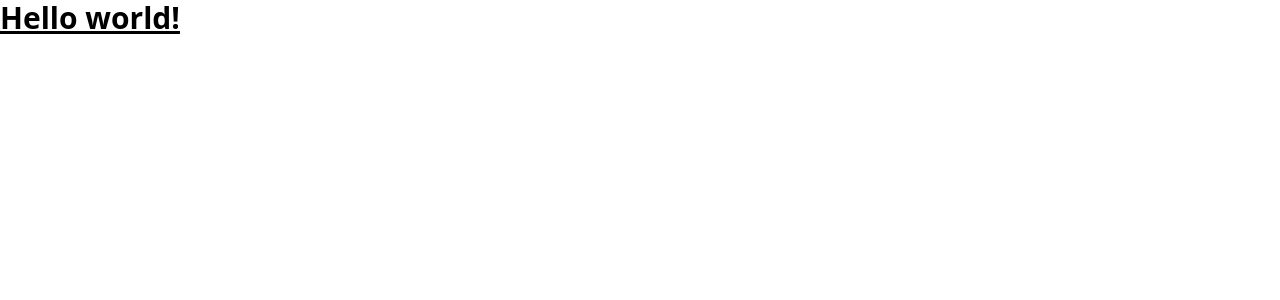
Repository: marcusdashe/anthophila
Page: /
An editor plug-in stored every save of this project. The page is shown before and after the next save, followed by the edit.
The browser window is 1280 px wide. The pictures show the whole page.
The project was rebuilt for these pictures with package versions that can differ from the ones it lists, and the page was loaded fresh each time. The framework's server and built-in components were replaced by stand-ins that run in the browser. Also part of the build but not shown: next.config.js, styles/Home.module.css.

Above is the page before, as saved 2023-02-23 17:02:30.

After the next save:
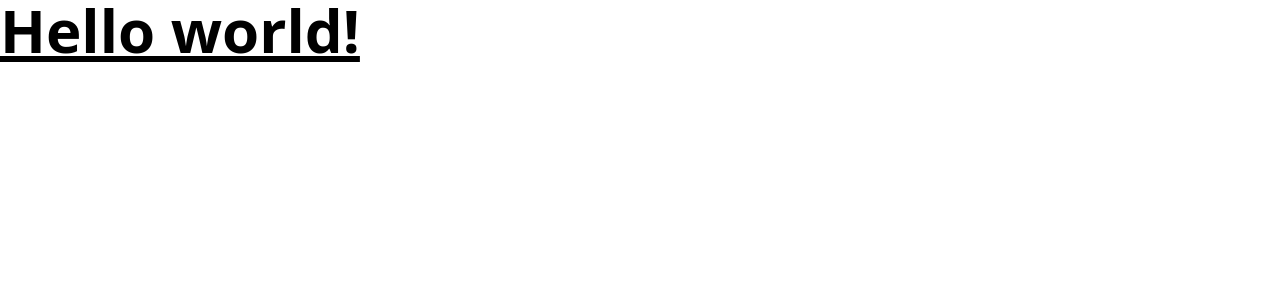
Saved 33 s later.
--- a/pages/index.js
+++ b/pages/index.js
@@ -15,7 +15,7 @@ export default function Home() {
         <link rel="icon" href="/favicon.ico" />
       </Head>
       <main className="bg-white">
-        <h1 className="text-3xl font-bold underline">
+        <h1 className="text-6xl font-bold underline">
           Hello world!
         </h1>
       </main>

After the save that followed:
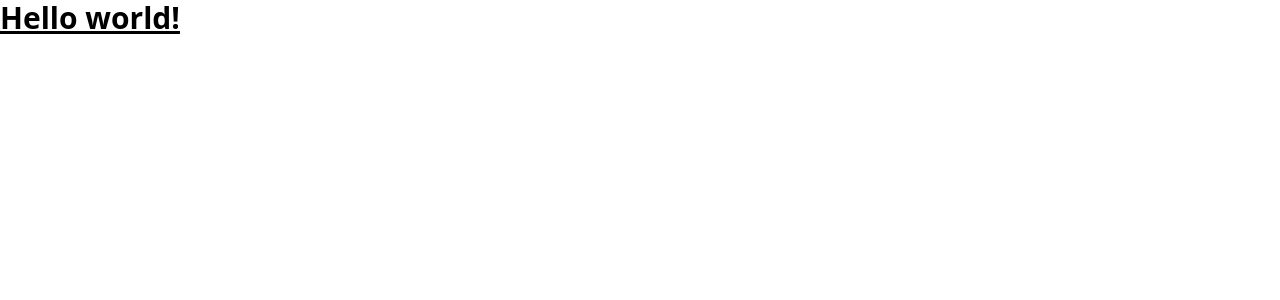
Saved 17 s later.
--- a/pages/index.js
+++ b/pages/index.js
@@ -15,7 +15,7 @@ export default function Home() {
         <link rel="icon" href="/favicon.ico" />
       </Head>
       <main className="bg-white">
-        <h1 className="text-6xl font-bold underline">
+        <h1 className="text-3xl font-bold underline">
           Hello world!
         </h1>
       </main>
